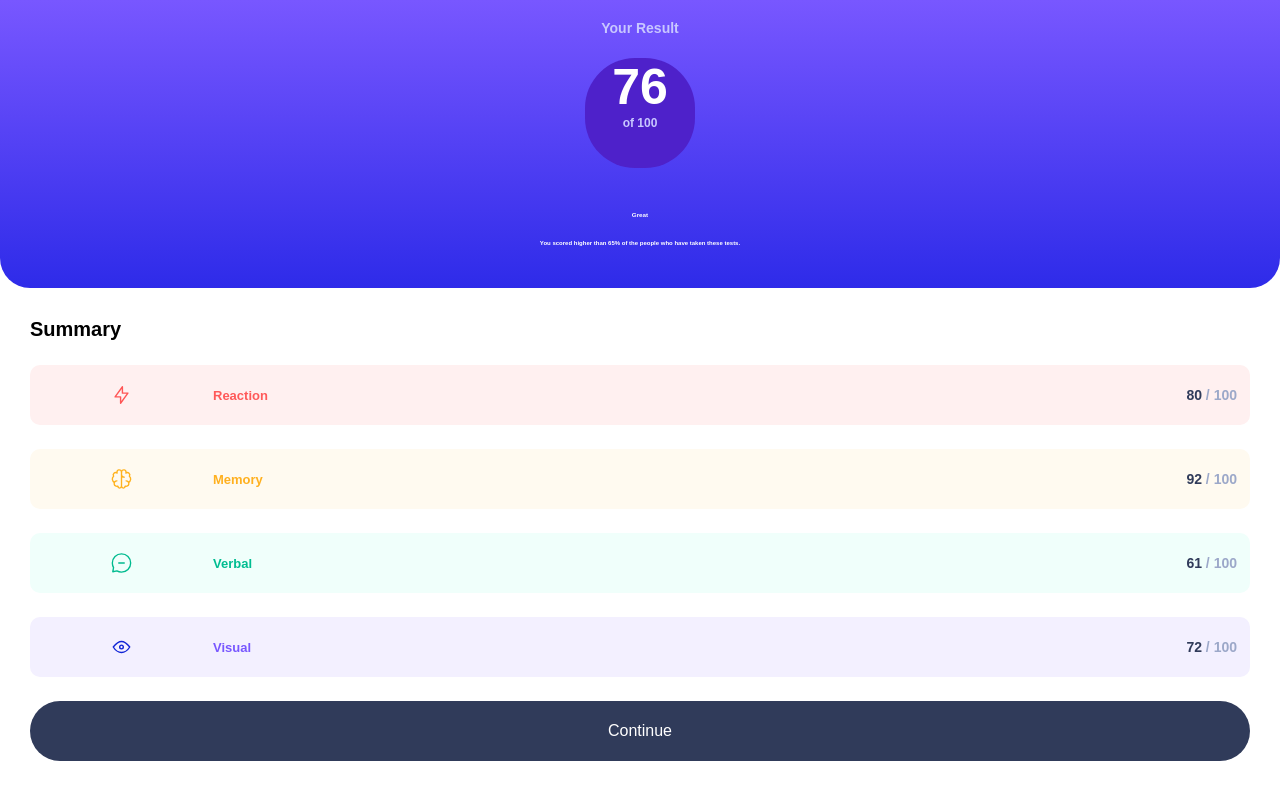
Repository: limaneto/frontend-mentor-results-summary
Page: index.html
The author's editor kept a copy of each file at every save. The page is drawn from the files as they stood at one save, then again after the next save.
The browser window is 1280 px wide. The pictures show the whole page.

Above is the page before, as saved 2023-11-06 10:00:28.

After the next save:
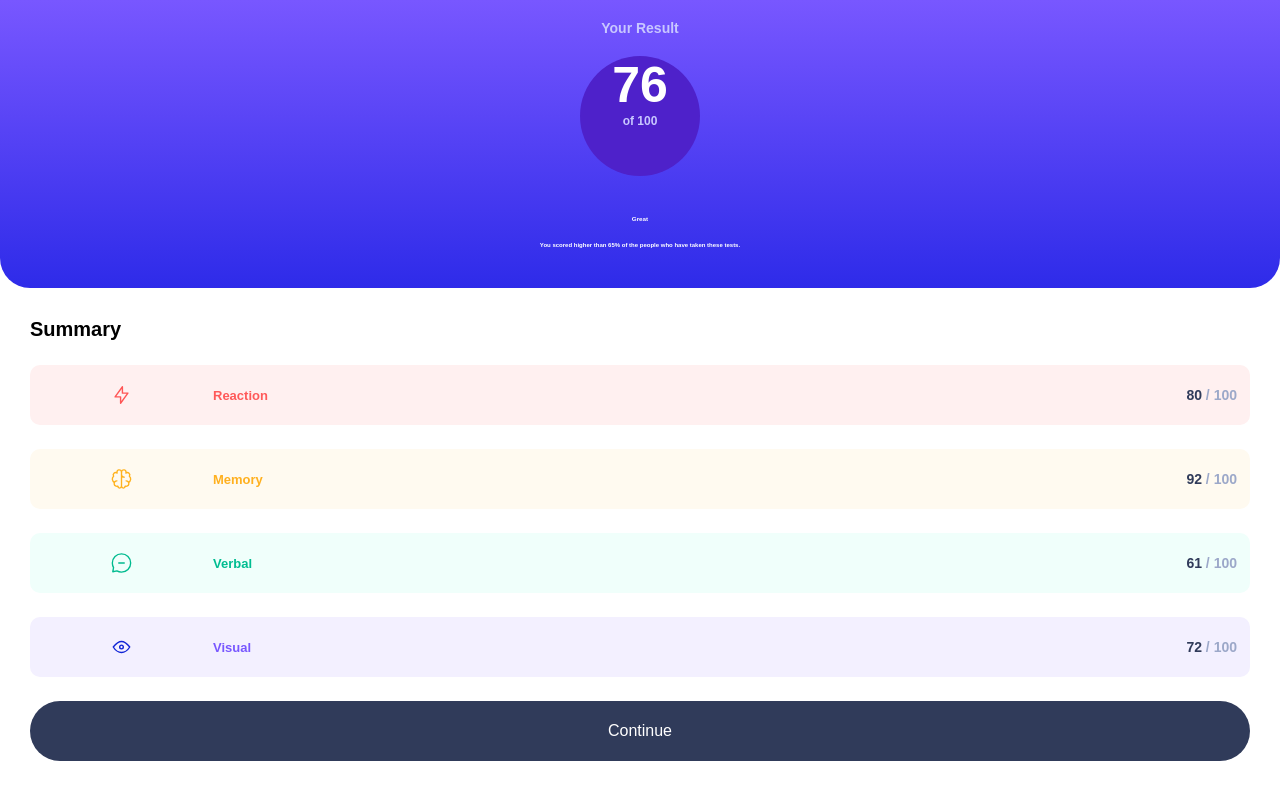
Saved 50 s later.
--- a/style.css
+++ b/style.css
@@ -60,9 +60,9 @@ section > h1 {
 
 #score {
   text-align: center;
-  height: 110px;
-  width: 110px;
-  border-radius: 5rem;
+  height: 120px;
+  width: 120px;
+  border-radius: 6rem;
   background-color: var(--g-violet-blue);
 }
 
